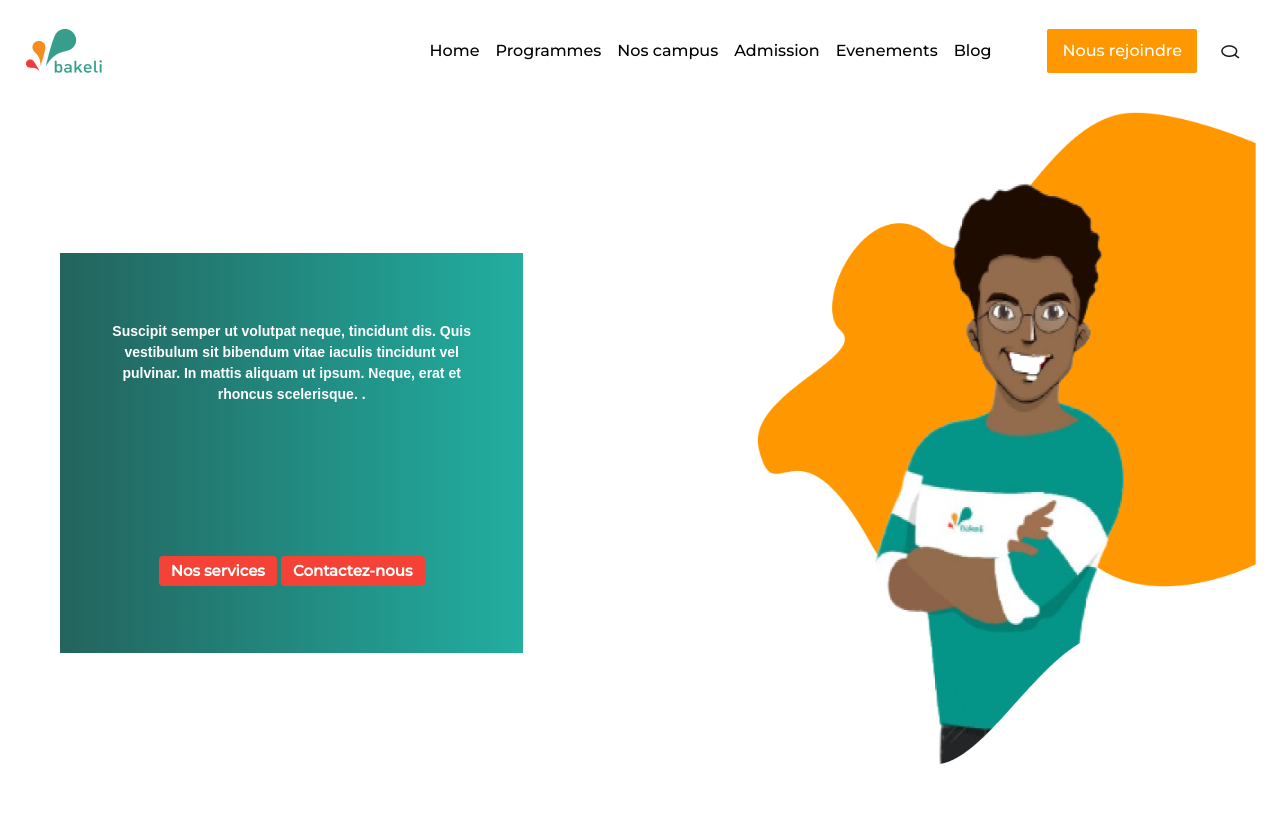
Repository: wadelfadill/tache_6_validation_prototype_bootstrap
Page: index.html
An editor plug-in stored every save of this project. The page is shown before and after the next save, followed by the edit.
The browser window is 1280 px wide. The pictures show the whole page.
Some web libraries are served in a nearby version.

Above is the page before, as saved 2023-04-24 12:50:52.

### index.html
<!DOCTYPE html>
<html lang="en">
<head>
    <meta charset="UTF-8">
    <meta http-equiv="X-UA-Compatible" content="IE=edge">
    <meta name="viewport" content="width=device-width, initial-scale=1.0">
    <!--------titre du site--------->
    <title>Document</title>

    <!-------link vers le site de bootstrap-->
    <link href="https://cdn.jsdelivr.net/npm/bootstrap@5.1.3/dist/css/bootstrap.min.css" rel="stylesheet" integrity="sha384-1BmE4kWBq78iYhFldvKuhfTAU6auU8tT94WrHftjDbrCEXSU1oBoqyl2QvZ6jIW3" crossorigin="anonymous">

    <!--------link vers le fichier css---------->
    <link rel="stylesheet" href="style.css">

    <!---------Google Fonts links------------>
    <link rel="preconnect" href="https://fonts.googleapis.com">
    <link rel="preconnect" href="https://fonts.gstatic.com" crossorigin>
    <link href="https://fonts.googleapis.com/css2?family=Manrope&family=Montserrat:wght@500&family=Poppins:wght@200&family=Roboto&display=swap" rel="stylesheet">
    <!------------ Google Font Awesome ----------->
    <script src="https://kit.fontawesome.com/8f130c8a35.js" crossorigin="anonymous"></script>
</head>
<body>

    <!-- ========== Start Header Section ========== -->
    <header id="header">
        <nav class="navbar navbar-expand-lg">
            <div class="container-fluid p-3">
              <a class="navbar-brand" href="#"><img src="image/logo.png" alt=""></a>
              <button class="navbar-toggler" type="button" data-bs-toggle="collapse" data-bs-target="#navbarNav" aria-controls="navbarNav" aria-expanded="false" aria-label="Toggle navigation">
                <i class="fa-solid fa-bars" style="color: #000000;"></i>
              </button>
              <div class="collapse navbar-collapse mt-4 mt-lg-0" id="navbarNav">
                <ul class="navbar-nav ms-auto">
                  <li class="nav-item">
                    <a class="nav-link active" aria-current="page" href="#">Home</a>
                  </li>
                  <li class="nav-item">
                    <a class="nav-link" href="#">Programmes</a>
                  </li>
                  <li class="nav-item">
                    <a class="nav-link" href="#">Nos campus</a>
                  </li>
                  <li class="nav-item">
                    <a class="nav-link" href="#">Admission</a>
                  </li>
                  <li class="nav-item">
                    <a class="nav-link" href="#">Evenements</a>
                  </li>
                  <li class="nav-item">
                    <a class="nav-link" href="">Blog</a>
                  </li>
                </ul>
                <button class="btn btn-primary ms-lg-5 mt-3 mt-lg-0">Nous rejoindre</button>
                <a href="#" class="me-lg-4 ms-lg-4 ms-1 d-block d-lg-inline mt-3 mt-lg-0"><img src="image/Groupsearch.png" alt=""></a>
              </div>
            </div>
          </nav>
    </header>
    <!-- ========== End Header Section ========== -->
    <!---------------------------------------------------->
    <!-- ========== Start Main Section ========== -->
    <main id="main">
        <!-- ========== Start Home Section ========== -->
        <section id="home">
            <div class="container-fluid">
                <div class="row align-items-center d-flex flex-column-reverse flex-md-row gy-4 gy-md-0 m-0">
                    <div class="col-md-5 ps-md-5">
                        <div class="container space-vert justify-content-between text-center d-flex justify-content-around flex-column">
                            <p>Suscipit semper ut volutpat neque, tincidunt dis.
                                Quis <br> vestibulum sit bibendum vitae iaculis tincidunt
                                 vel <br> pulvinar. In mattis aliquam ut ipsum.
                                 Neque, erat et <br> rhoncus scelerisque. .
                            </p>
                            <div class="d-grid gap-2 d-md-block d-block">
                                <button class="btn btn-primary" type="button">Nos services</button>
                                <button class="btn btn-primary" type="button">Contactez-nous</button>
                            </div>
                        </div>
                    </div>
                    <div class="col-md-5 offset-md-2">
                        <div class="img">
                            <img src="image/Group 27.png" class="img-fluid w-100 h-100 profile"alt="">
                        </div>
                    </div>
                </div>
            </div>
        </section>
        <!-- ========== End Home Section ========== -->

        <!-- ========== Start Formation Section ========== -->
        <section id="formations">

        </section>
        <!-- ========== End Formation Section ========== -->

        <!-- ========== Start Cours Section ========== -->
        <section id="cours">

        </section>
        <!-- ========== End Cours Section ========== -->

        <!-- ========== Start diplomes Section ========== -->
        <section id="diplomes">

        </section>
        <!-- ========== End diplomes Section ========== -->

        <!-- ========== Start coach Section ========== -->
        <section id="coach">

        </section>
        <!-- ========== End coach Section ========== -->

        <!-- ========== Start activites Section ========== -->
        <section id="activites">

        </section>
        <!-- ========== End activites Section ========== -->

        <!-- ========== Start partenaires Section ========== -->
        <section id="partenaires">

        </section>
        <!-- ========== End partenaires Section ========== -->

    </main>
    <!-- ========== End Main Section ========== -->
    <!----------------------------------------------------->
    <!-- ========== Start Footer Section ========== -->
    <footer id="footer">

    </footer>
    <!-- ========== End Footer Section ========== -->
    <!------------------------------------------------------->
    <!----------- bootstrap script ------------->
    <script src="https://cdn.jsdelivr.net/npm/bootstrap@5.1.3/dist/js/bootstrap.bundle.min.js" integrity="sha384-ka7Sk0Gln4gmtz2MlQnikT1wXgYsOg+OMhuP+IlRH9sENBO0LRn5q+8nbTov4+1p" crossorigin="anonymous"></script>
</body>
</html>

### style.css
/* ===== variables css ======= */
:root{
    --bg-white:#FFFFFF;
    --bg-orange:#FF9800;
    --bg-green:#009688;
    --bg-linear-green: linear-gradient(90deg, rgba(13, 66, 61, 0.9) -22.84%, rgba(12, 199, 181, 0.9) 138.88%),linear-gradient(0deg, #E6E6E6, #E6E6E6);
    --bg-second-orange:#F44336;
    --bg-gray:rgba(238, 249, 248, 0.9);

}

/*======== General ============*/
*{
    padding: 0;
    margin: 0;
}
body{
    padding: 0;
    margin: 0;
    background: var(--bg-white);
}

/*============= navbar ================*/
nav{
    font-family: 'Montserrat';
    font-weight: 400;
    color: black;
    background: var(--bg-white);
    padding-left: 10px;
}
nav .navbar-brand img{
    width: 76px;
    height: 43.78px;
}
nav a.nav-link{
    color: black;
    padding-left: 10px;
    padding-right: 10px;
}
nav a.nav-link:hover, nav a.nav-link:focus{
    color: black;
}
nav .btn-primary, nav .btn-primary:hover, nav .btn-primary:focus{
    background: var(--bg-orange);
    color: var(--bg-white);
    border: none;
    box-shadow: none;
}
nav #navbarNav button{
    padding: 10px;
    padding-left: 15px;
    padding-right: 15px;
    border-radius: 2px;
}
nav button i{
    font-size: 40px;
}
nav .navbar-toggler:focus{
    box-shadow: none;
    border: none;
}

/* =========== home section =========== */
#home{
    margin-top: 10px;
    margin-bottom: 40px;
}
.space-vert{
    width: 100%;
    height: 400px;
    background: var(--bg-linear-green);
}
.space-vert p{
    font-family: 'arial';
    font-weight: 700;
    font-size: 14px;
    line-height: 21px;
    color: var(--bg-white);
}
.space-vert .btn-primary, .space-vert .btn-primary:hover, .space-vert .btn-primary:focus{
    font-family: 'Montserrat';
    background: var(--bg-second-orange);
    color: var(--bg-white);
    border: none;
    box-shadow: none;
    font-weight: 700;
    font-size: 15px;
    line-height: 18px;
}
.profile{
    background-image: url("image/Vectors.png");
    background-repeat: no-repeat;
    background-position: bottom 0px;
    background-size: contain;
}
.img{
    width: 100%;
    height: 682.83px;
}

After the next save:
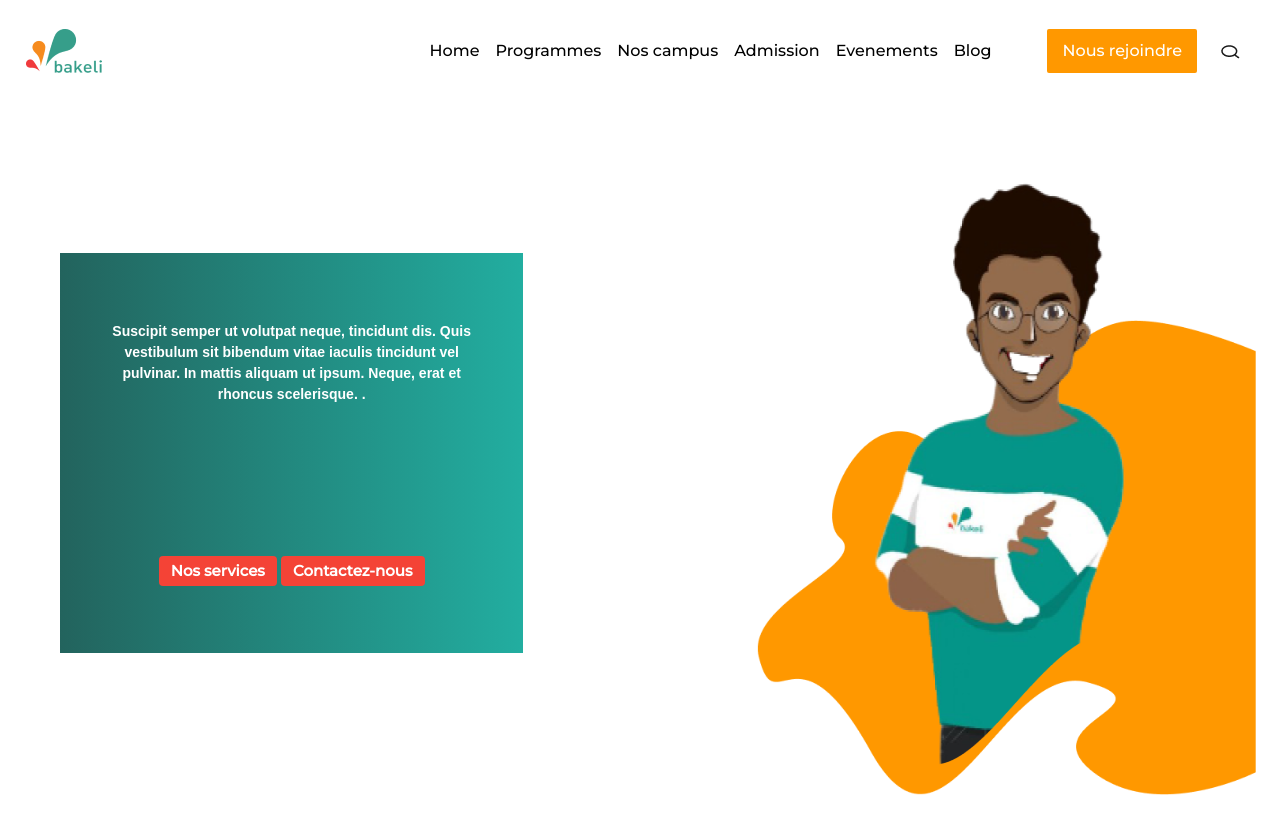
Saved 14 s later.
--- a/style.css
+++ b/style.css
@@ -90,7 +90,7 @@
 .profile{
     background-image: url("image/Vectors.png");
     background-repeat: no-repeat;
-    background-position: bottom 0px;
+    background-position: 0px bottom;
     background-size: contain;
 }
 .img{
